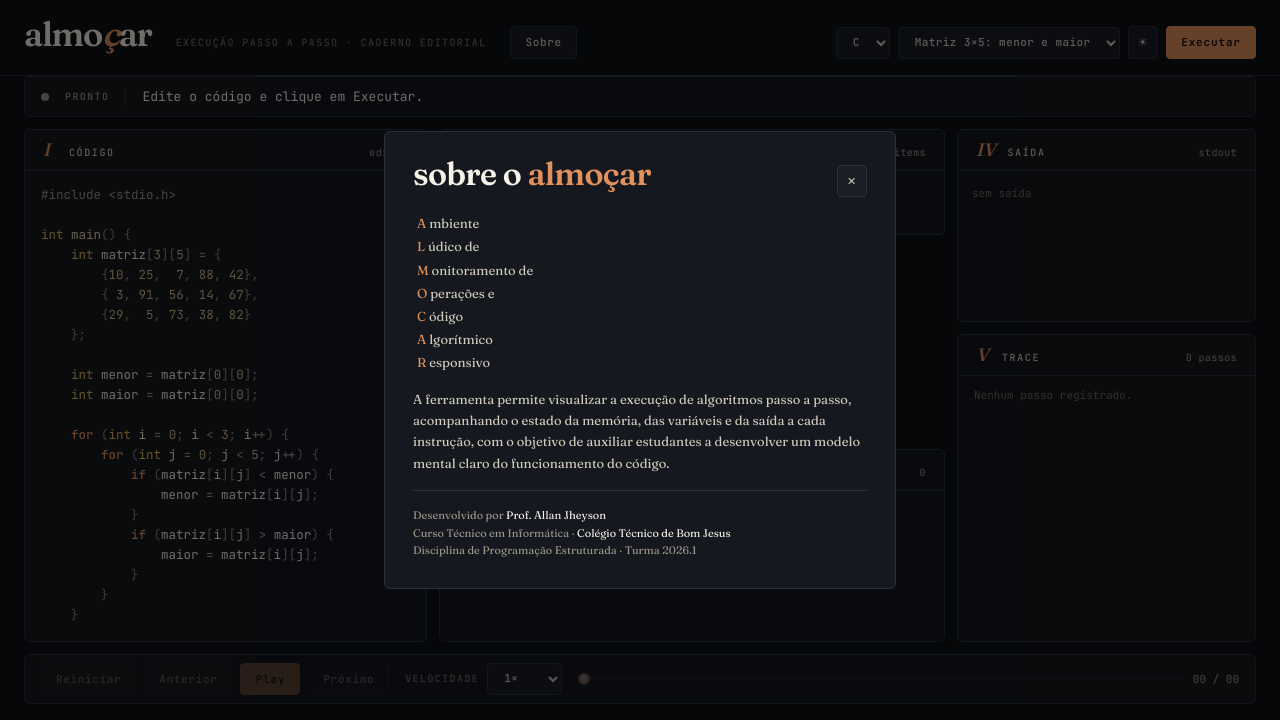
Repository: allramos/almocar
Page: /, after clicking the first element matching `button.btn`
These files come from the project's save history. The page is drawn as it stood at one moment and after the next save; the edit follows.
The browser window is 1280 px wide. The pictures show the whole page.
The project was rebuilt for these pictures with package versions that can differ from the ones it lists, and the page was loaded fresh each time. Also part of the build but not shown: vite.config.ts.

Above is the page before, as saved 2026-04-07 16:28:07.

After the next save:
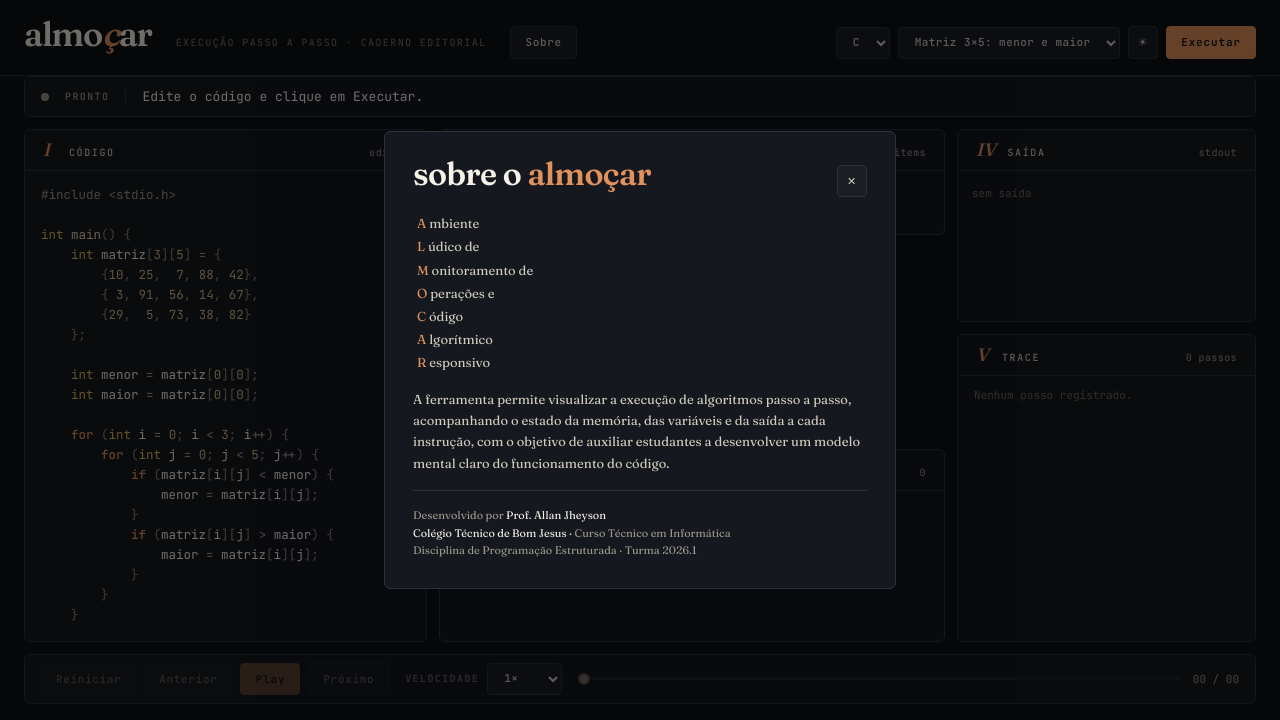
Saved 24 s later.
--- a/src/App.tsx
+++ b/src/App.tsx
@@ -319,8 +319,8 @@ function AboutDialog({ onClose }: { onClose: () => void }) {
             Desenvolvido por{" "}
             <span className="text-ink">Prof. Allan Jheyson</span>
             <br />
-            Curso Técnico em Informática ·{" "}
-            <span className="text-ink">Colégio Técnico de Bom Jesus</span>
+            <span className="text-ink">Colégio Técnico de Bom Jesus ·{" "}</span>
+            Curso Técnico em Informática
             <br />
             Disciplina de Programação Estruturada · Turma 2026.1
           </p>
